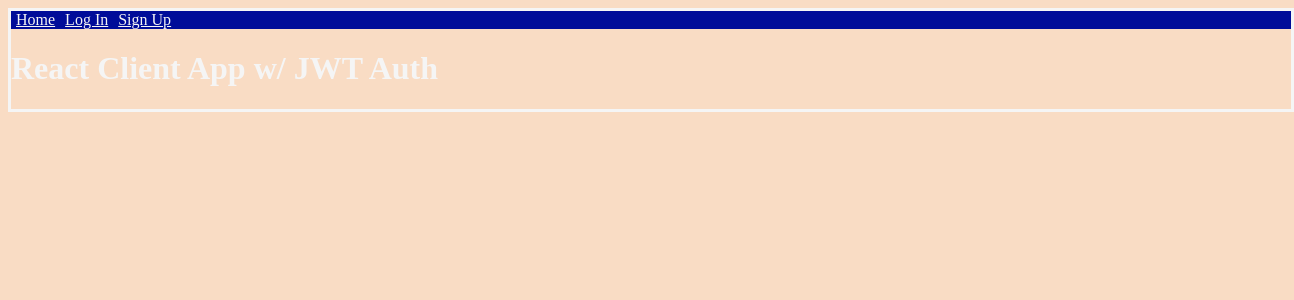
Repository: kaitlynMidori/react-jeopardy-app
Page: / (app in client/)
The author's editor kept a copy of each file at every save. The page is drawn from the files as they stood at one save, then again after the next save.
The browser window is 1280 px wide. The page is 1294 px wide, so the pictures cover 1294 px, including what lies to the right of the window. The pictures show the whole page.
The project was rebuilt for these pictures with package versions that can differ from the ones it lists, and the page was loaded fresh each time. Also part of the build but not shown: client/src/views/LogIn.jsx, client/src/views/LogOut.jsx, client/src/views/SignUp.jsx, client/src/components/PracticeCard/PracticeCard.js, client/src/utils/API.js, client/src/views/Practice.jsx, client/src/components/Container/Container.js, client/src/components/PlayerScore/PlayerScore.js and 13 more.

Above is the page before, as saved 2021-03-25 15:20:34.

After the next save:
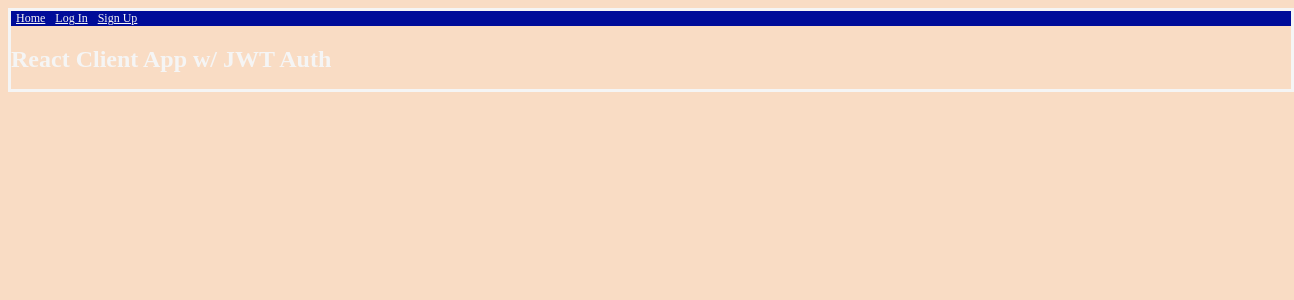
Saved 45 s later.
--- a/client/src/components/CategoryCard/style.css
+++ b/client/src/components/CategoryCard/style.css
@@ -1,8 +1,12 @@
+body {
+    font-size: 12px;
+}
+
 .catCard {
     /* background-image: linear-gradient(blue, indigo); */
     background: transparent;
     word-wrap: break-word;
-    font-size: ;
+
     height: 7em;
     width: 5em;
     padding: .1em;

After the save that followed:
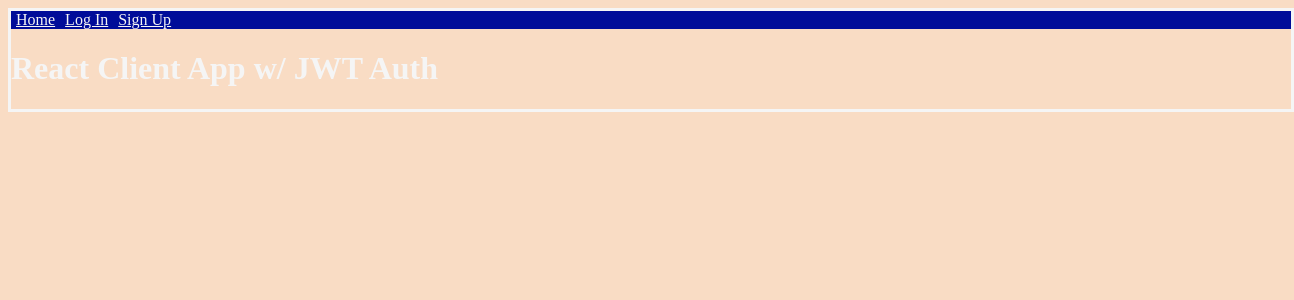
Saved 17 s later.
--- a/client/src/components/CategoryCard/style.css
+++ b/client/src/components/CategoryCard/style.css
@@ -1,4 +1,4 @@
-body {
+.catCard body {
     font-size: 12px;
 }
 
@@ -6,7 +6,7 @@
     /* background-image: linear-gradient(blue, indigo); */
     background: transparent;
     word-wrap: break-word;
-
+    font-size: ;
     height: 7em;
     width: 5em;
     padding: .1em;
